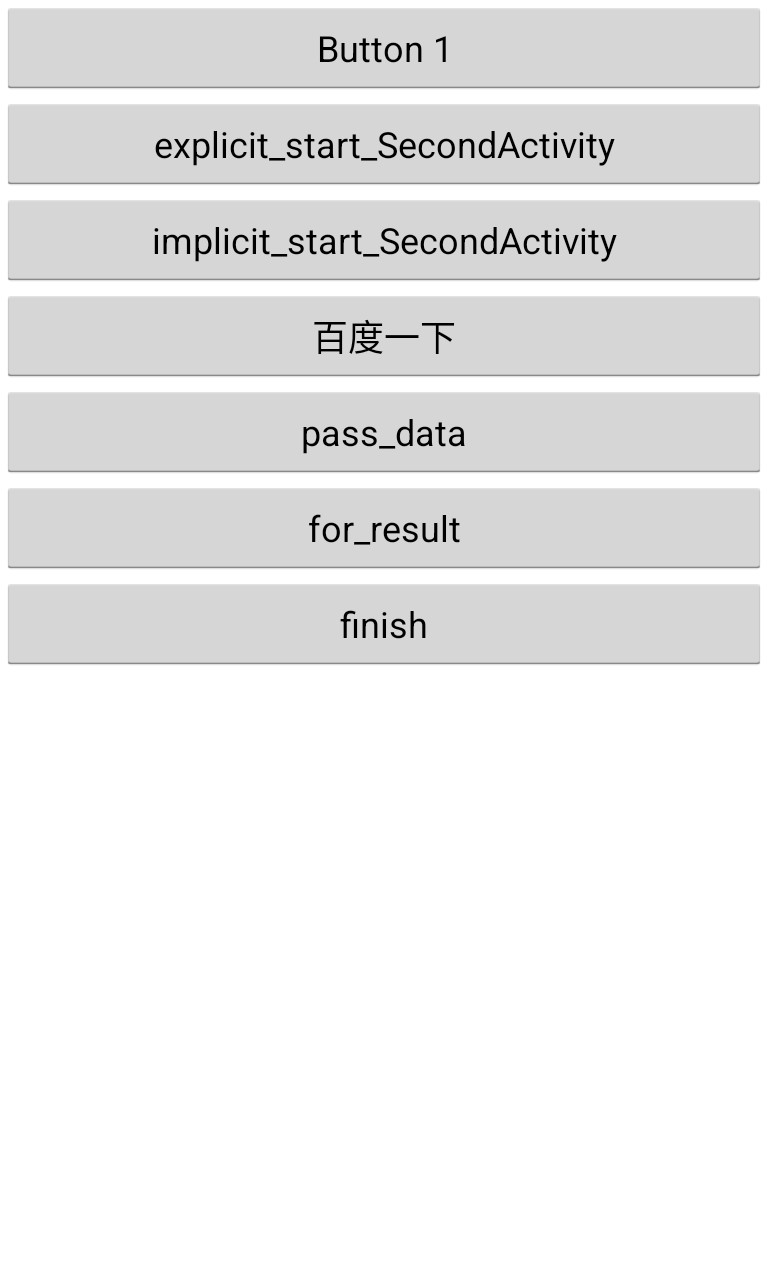
Repository: hohoTT/Android_summarize
Layout: ActivityTest/res/layout/first_layout.xml
The author's editor kept a copy of each file at every save. The layout is drawn from the files as they stood at one save, then again after the next save.
It is drawn on a 768 x 1280 px phone screen (xhdpi) without system bars, with theme AppTheme; the app's code is not run.

Above is the layout before, as saved 2016-02-22 06:06:06.

After the next save:
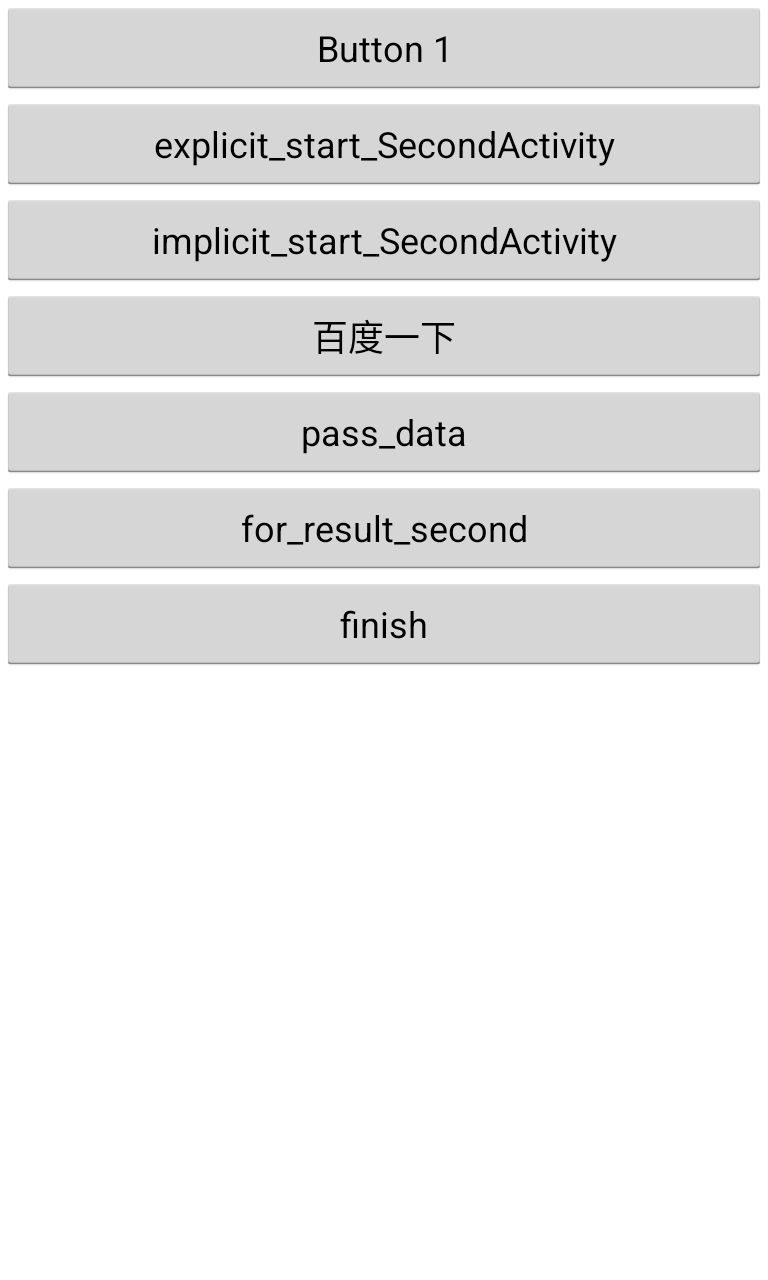
Saved 8 s later.
--- a/ActivityTest/res/layout/first_layout.xml
+++ b/ActivityTest/res/layout/first_layout.xml
@@ -38,7 +38,7 @@
         android:id="@+id/button_for_result"
         android:layout_width="match_parent"
         android:layout_height="wrap_content"
-        android:text="for_result" />
+        android:text="for_result_second" />
 
     <Button
         android:id="@+id/button_finish"
